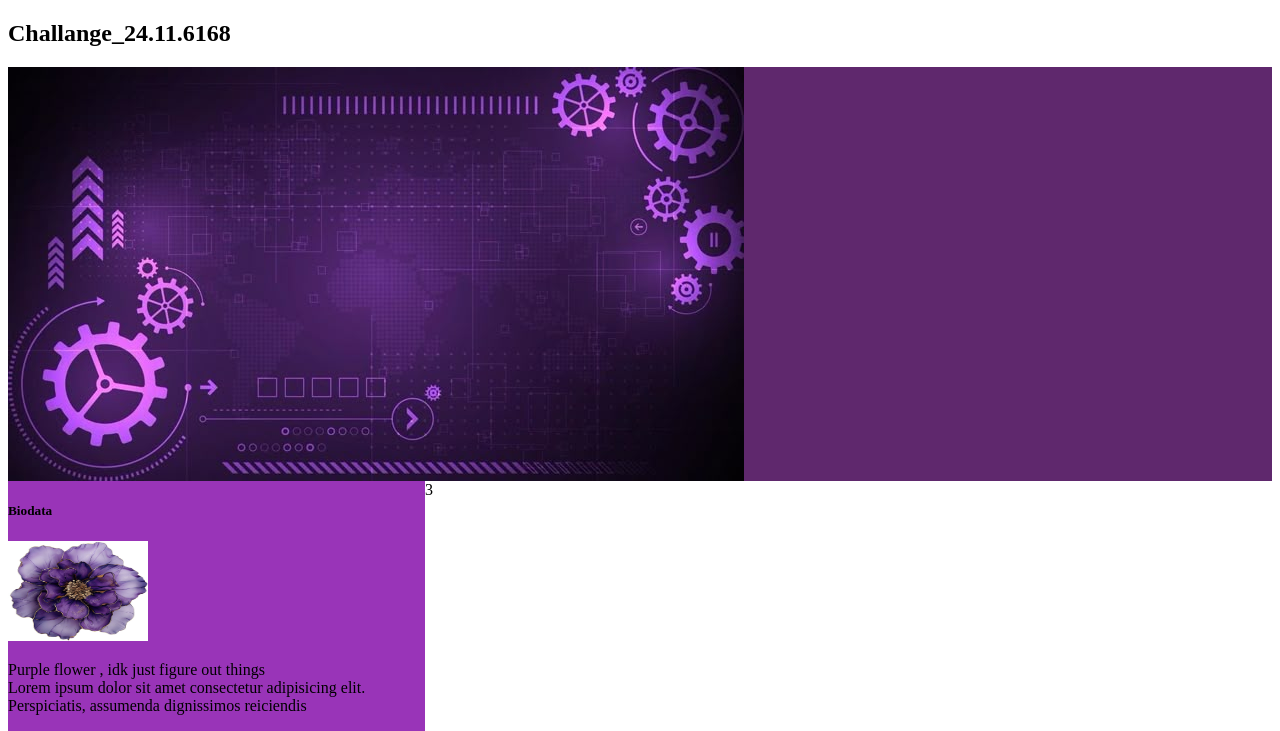
Repository: Ms-Ulfiyahrustam/p5_pemogramanweb
Page: index.html
The author's editor kept a copy of each file at every save. The page is drawn from the files as they stood at one save, then again after the next save.
The browser window is 1280 px wide. The pictures show the whole page.

Above is the page before, as saved 2026-04-27 09:23:14.

After the next save:
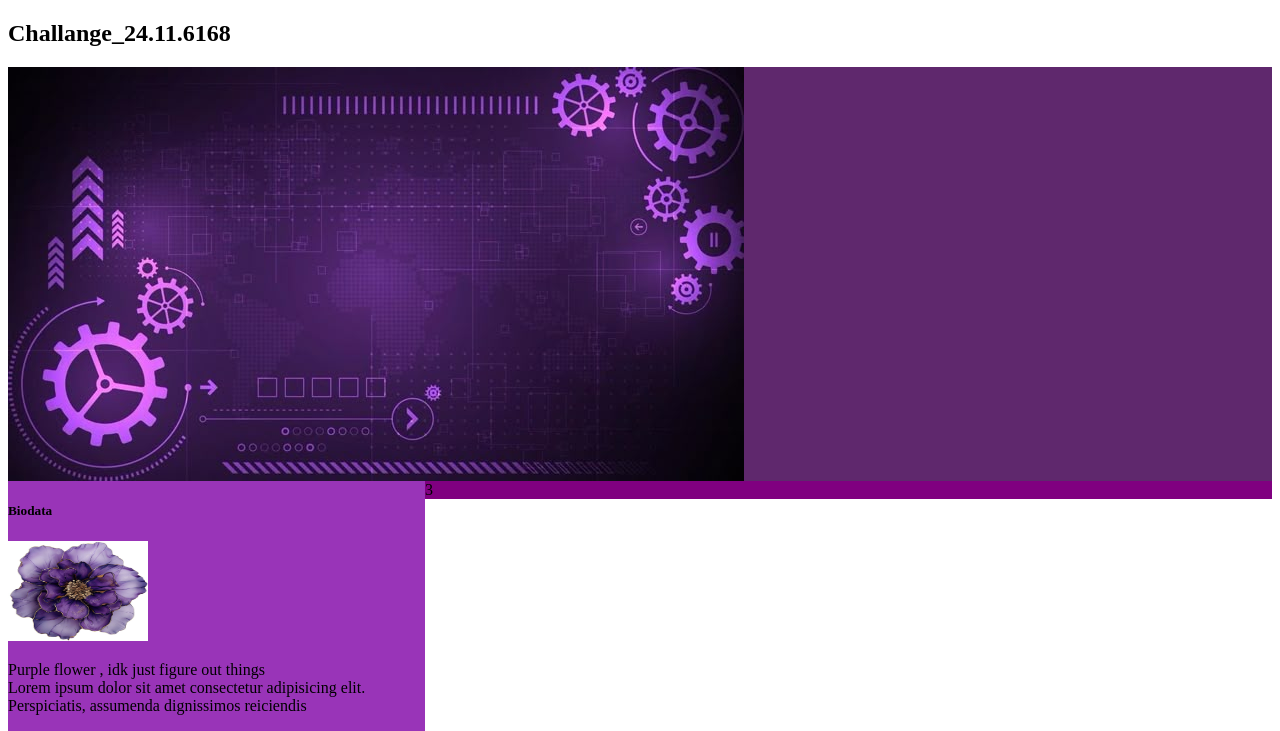
Saved 45 s later.
--- a/style.css
+++ b/style.css
@@ -17,6 +17,6 @@
 
 
 .midplace{
-    background-color: rgb(rgb(132, 107, 221), rgb(170, 220, 233), rgb(130, 130, 255));
+    background-color: purple;
 
 }
